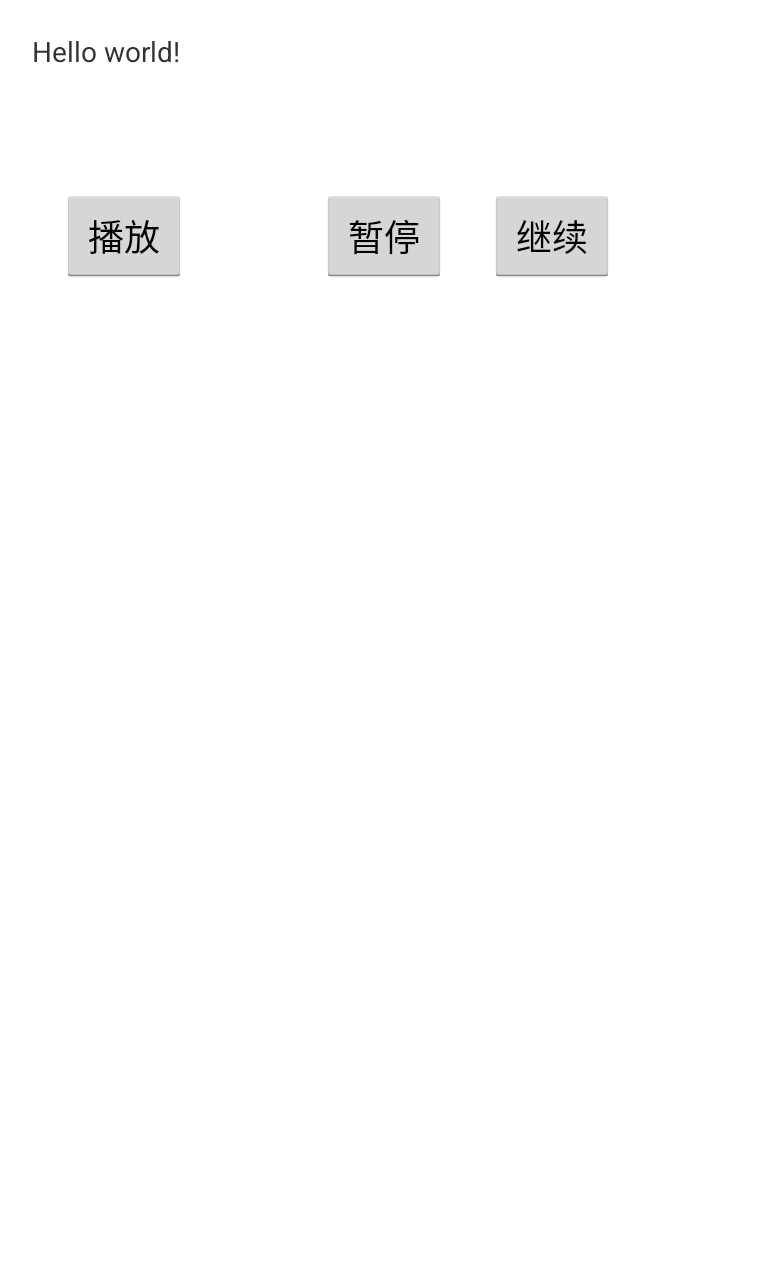
Repository: xfhy/Usually-learn-Android
Layout: Service 服务/7.百度音乐盒/res/layout/activity_main.xml
These files come from the project's save history. The layout is drawn as it stood at one moment and after the next save; the edit follows.
It is drawn on a 768 x 1280 px phone screen (xhdpi) without system bars, with theme AppTheme; the app's code is not run.

Above is the layout before, as saved 2017-01-30 14:29:59.

After the next save:
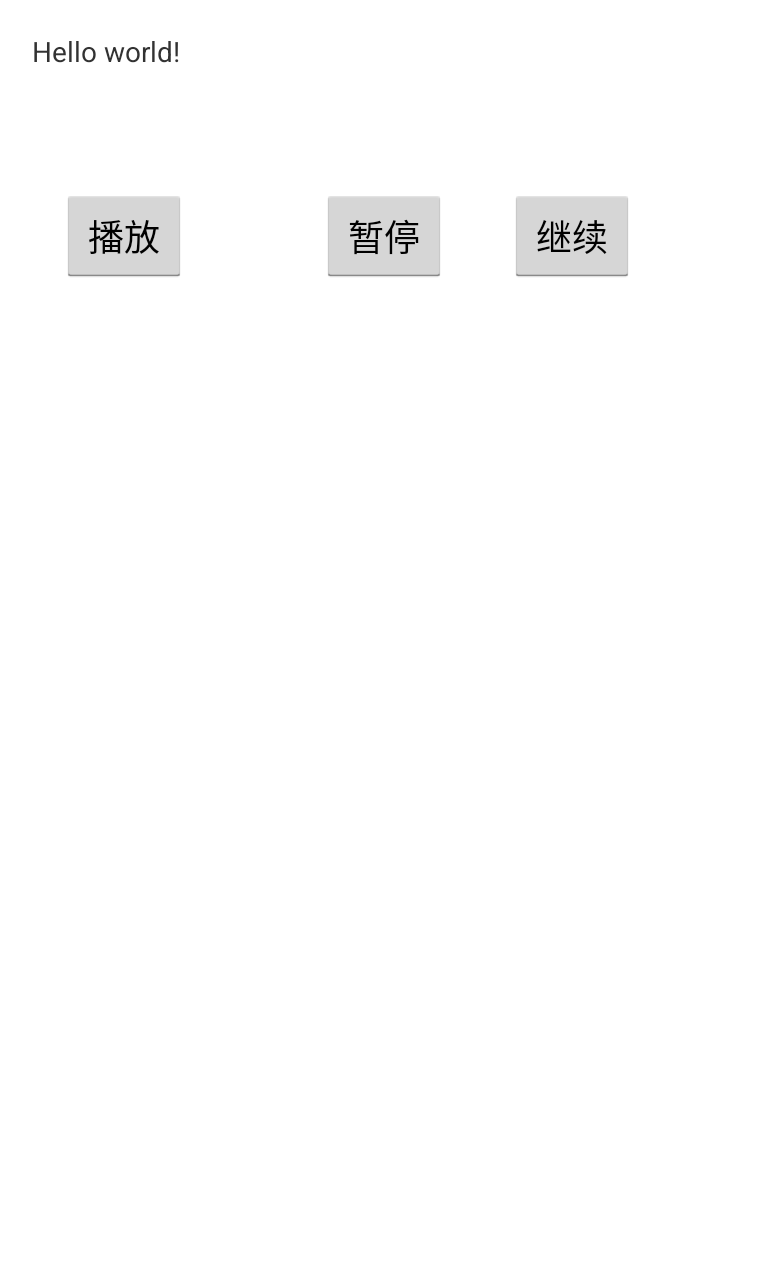
Saved 9 s later.
--- a/Service 服务/7.百度音乐盒/res/layout/activity_main.xml
+++ b/Service 服务/7.百度音乐盒/res/layout/activity_main.xml
@@ -38,7 +38,7 @@
         android:layout_height="wrap_content"
         android:layout_alignBaseline="@+id/bt_pause"
         android:layout_alignBottom="@+id/bt_pause"
-        android:layout_marginLeft="20dp"
+        android:layout_marginLeft="30dp"
         android:layout_toRightOf="@+id/bt_pause"
         android:text="继续" />
 
